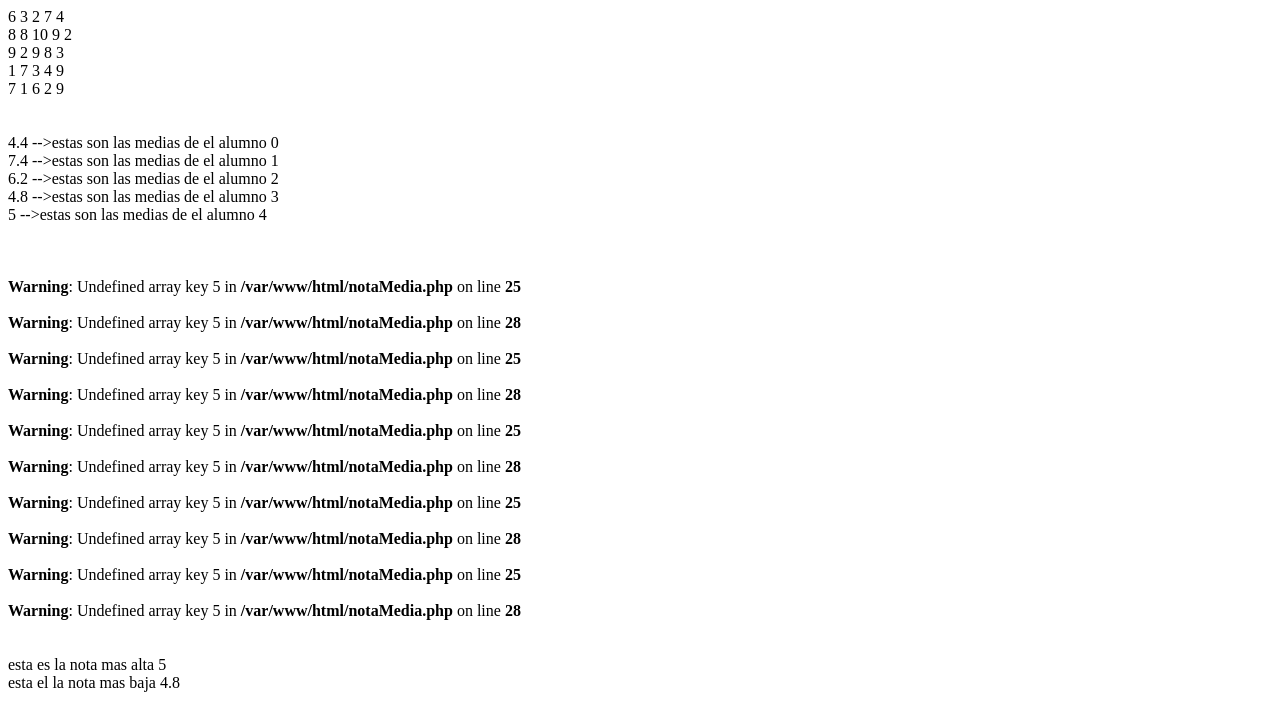
Repository: Sxcram02/1-daw
Page: http://localhost/notaMedia.php
These files come from the project's save history. The page is drawn as it stood at one moment and after the next save; the edit follows.
The browser window is 1280 px wide. The pictures show the whole page.
The page is run by PHP 8.4 with error messages shown; the project is at /var/www/html/.

Above is the page before, as saved 2023-01-19 17:26:28.

### PHP/notaMedia.php
<?php
    for($fila=0;$fila<5;$fila++){
        for($columna=0;$columna<5;$columna++){
            $notas_alumnos[$fila][$columna] = rand(1,10);
            echo $notas_alumnos[$fila][$columna], " ";
        };
        echo "<br />";
    };

    echo "<br />";
    echo "<br />";

    for($v1=0;$v1<5;$v1++){
        $nota_media[$v1] = array_sum($notas_alumnos[$v1])/5;
        echo $nota_media[$v1],"  -->", "estas son las medias de el alumno ", $v1;
        echo "<br />";
    };

    echo "<br />";
    echo "<br />";


    for($may=0;$may<6;$may++){
        for($men=0;$men<5;$men++){
            if($nota_media[$may] < $nota_media[$men]){
                $mayorAlumno = $nota_media[$men];
            };
            if($nota_media[$may] > $nota_media[$men]){
                $menorAlumno = $nota_media[$men];
            };
        };
    };

    echo "<br />";
    echo "<br />";

    echo "esta es la nota mas alta ", $mayorAlumno;
    echo "<br />";
    echo "esta el la nota mas baja ", $menorAlumno;

?>

After the next save:
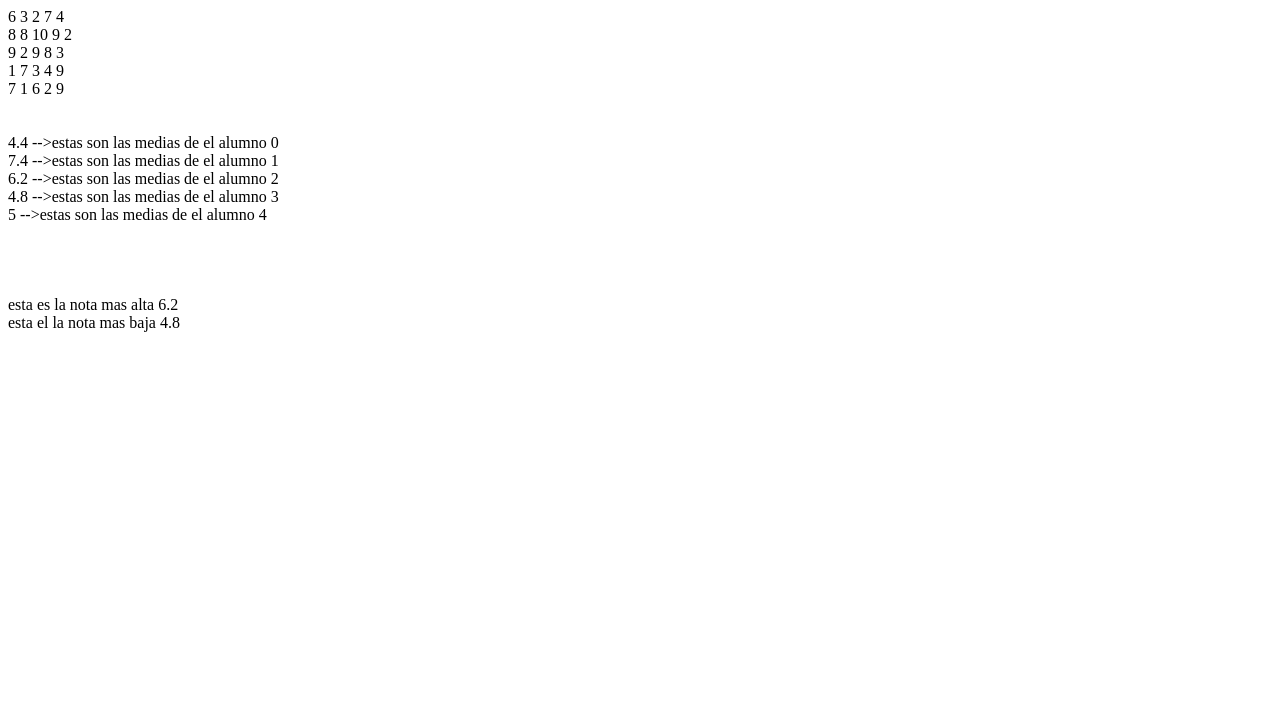
Saved 2 min 27 s later.
--- a/PHP/notaMedia.php
+++ b/PHP/notaMedia.php
@@ -19,8 +19,7 @@
     echo "<br />";
     echo "<br />";
 
-
-    for($may=0;$may<6;$may++){
+    for($may=0;$may<5;$may++){
         for($men=0;$men<5;$men++){
             if($nota_media[$may] < $nota_media[$men]){
                 $mayorAlumno = $nota_media[$men];
